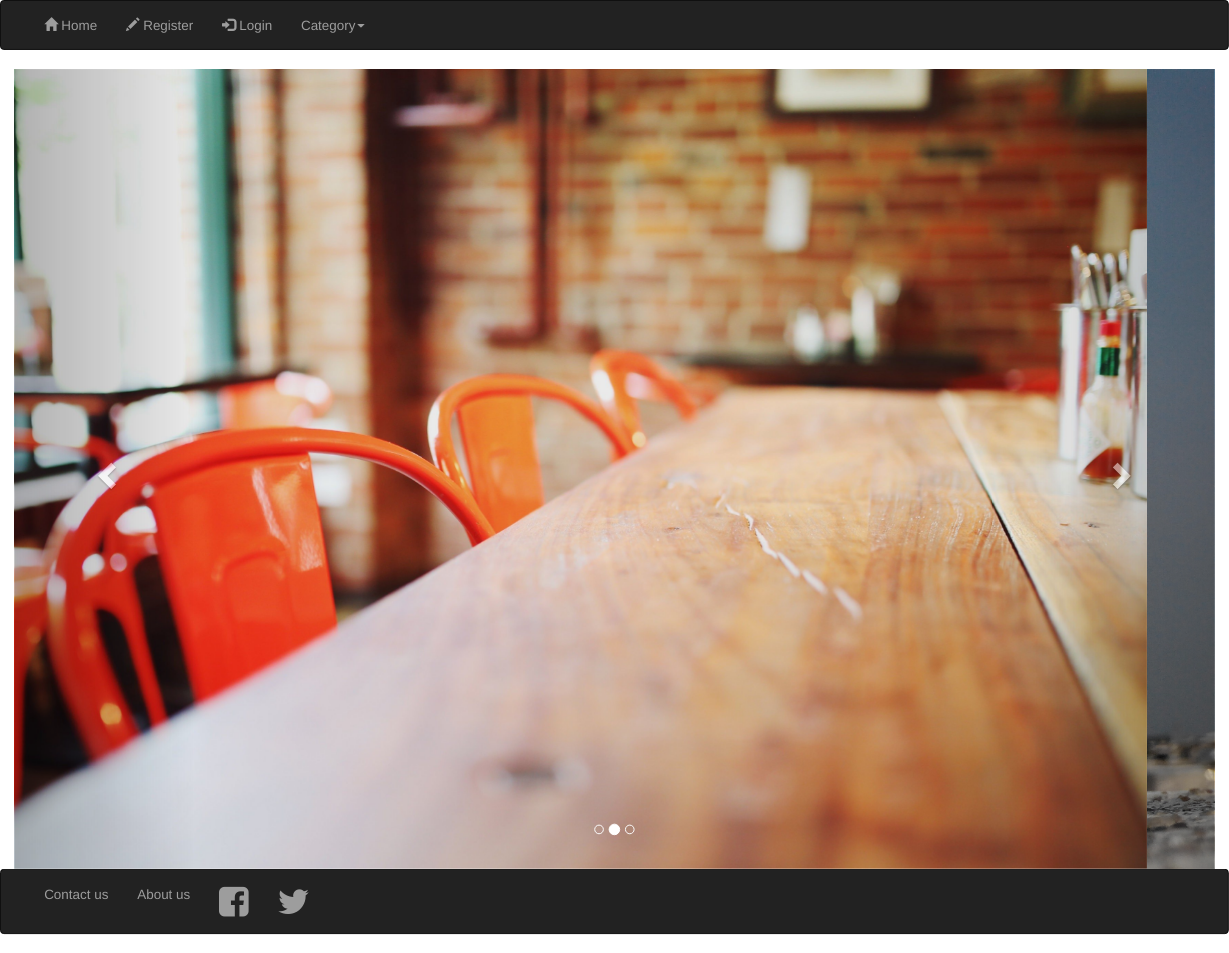
Repository: mozhulungdsuo/Task3
Page: http://localhost/DynamicWebsite/
These files come from the project's save history. The page is drawn as it stood at one moment and after the next save; the edit follows.
The browser window is 1280 px wide. The pictures show the whole page, at 96% of full size.
Some web libraries are served in a nearby version. The page is served by Tomcat 9.

Above is the page before, as saved 2018-01-11 05:19:30.

### DynamicWebsite/WebContent/index.jsp
<%@ page language="java" contentType="text/html; charset=ISO-8859-1"
    pageEncoding="ISO-8859-1"%>
<!DOCTYPE html PUBLIC "-//W3C//DTD HTML 4.01 Transitional//EN" "http://www.w3.org/TR/html4/loose.dtd">
<html>
<head>
<meta http-equiv="Content-Type" content="text/html; charset=ISO-8859-1">
<title>Web Page</title>
<meta name="viewport" content="width=device-width, initial-scale=1">
  <link rel="stylesheet" href="https://maxcdn.bootstrapcdn.com/bootstrap/3.3.7/css/bootstrap.min.css">
  <link rel="stylesheet" href="https://cdnjs.cloudflare.com/ajax/libs/font-awesome/4.7.0/css/font-awesome.min.css">
  <script src="https://ajax.googleapis.com/ajax/libs/jquery/3.2.1/jquery.min.js"></script>
  <script src="https://maxcdn.bootstrapcdn.com/bootstrap/3.3.7/js/bootstrap.min.js"></script>
</head>
<nav class="navbar navbar-inverse">
  <div class="container-fluid">
    <div class="navbar-header">
        <button type="button" class="navbar-toggle" data-toggle="collapse" data-target="#myNavbar">
        <span class="icon-bar"></span>
        <span class="icon-bar"></span>
        <span class="icon-bar"></span>
      </button>
      </div>
      <div class="collapse navbar-collapse" id="myNavbar">
  <ul class="nav navbar-nav">
   <li><a href="#"><span class="glyphicon glyphicon-home"></span> Home</a></li>
   <li><a href="#"><span class="glyphicon glyphicon-pencil"></span> Register</a></li>
   <li><a href="#"><span class="glyphicon glyphicon-log-in"></span> Login</a></li>
   <li class="dropdown"><a class="dropdown-toggle" data-toggle="dropdown" href="#">Category<span class="caret"></span></a>
        <ul class="dropdown-menu">
          <li><a href="#">Jeans</a></li>
          <li><a href="#">Shirts</a></li>
          <li><a href="#">Shoes</a></li>
        </ul>
        </li>
    </ul>
    </div>
    </div>
    </nav>

      <div class="container-fluid">
      <div id="myCarousel" class="carousel slide " data-ride="carousel">
  <!-- Indicators -->
  <ol class="carousel-indicators">
    <li data-target="#myCarousel" data-slide-to="0" class="active"></li>
    <li data-target="#myCarousel" data-slide-to="1"></li>
    <li data-target="#myCarousel" data-slide-to="2"></li>
  </ol>

  <!-- Wrapper for slides -->
  <div class="carousel-inner">
    <div class="item active">
      <img src="1.jpg"  style="height:100%;" alt="Image not found">
    </div>

    <div class="item">
      <img src="2.jpg" alt="Image not found">
    </div>

    <div class="item">
      <img src="3.jpg" alt="Image not found">
    </div>
  </div>

  <!-- Left and right controls -->
  <a class="left carousel-control" href="#myCarousel" data-slide="prev">
    <span class="glyphicon glyphicon-chevron-left"></span>
    <span class="sr-only">Previous</span>
  </a>
  <a class="right carousel-control" href="#myCarousel" data-slide="next">
    <span class="glyphicon glyphicon-chevron-right"></span>
    <span class="sr-only">Next</span>
  </a>
</div>
</div>




    <nav class="navbar navbar-inverse">
    <div class="container-fluid">
       <button type="button" class="navbar-toggle" data-toggle="collapse" data-target="#myNew">
        <span class="icon-bar"></span>
        <span class="icon-bar"></span>
        <span class="icon-bar"></span>
      </button>
      <div class="collapse navbar-collapse" id="myNew">
    <ul class="nav navbar-nav">
     <li><a href="#">Contact us</a></li>
      <li><a href="#">About us</a></li>
      <li><a href="#"><i class="fa fa-facebook-square" style="font-size:36px"></i></a></li>
      <li><a href="#"><i class="fa fa-twitter" style="font-size:36px"></i></a></li>

  </ul>
  </div>
       </div>
      </nav>

<body>

</body>
</html>

After the next save:
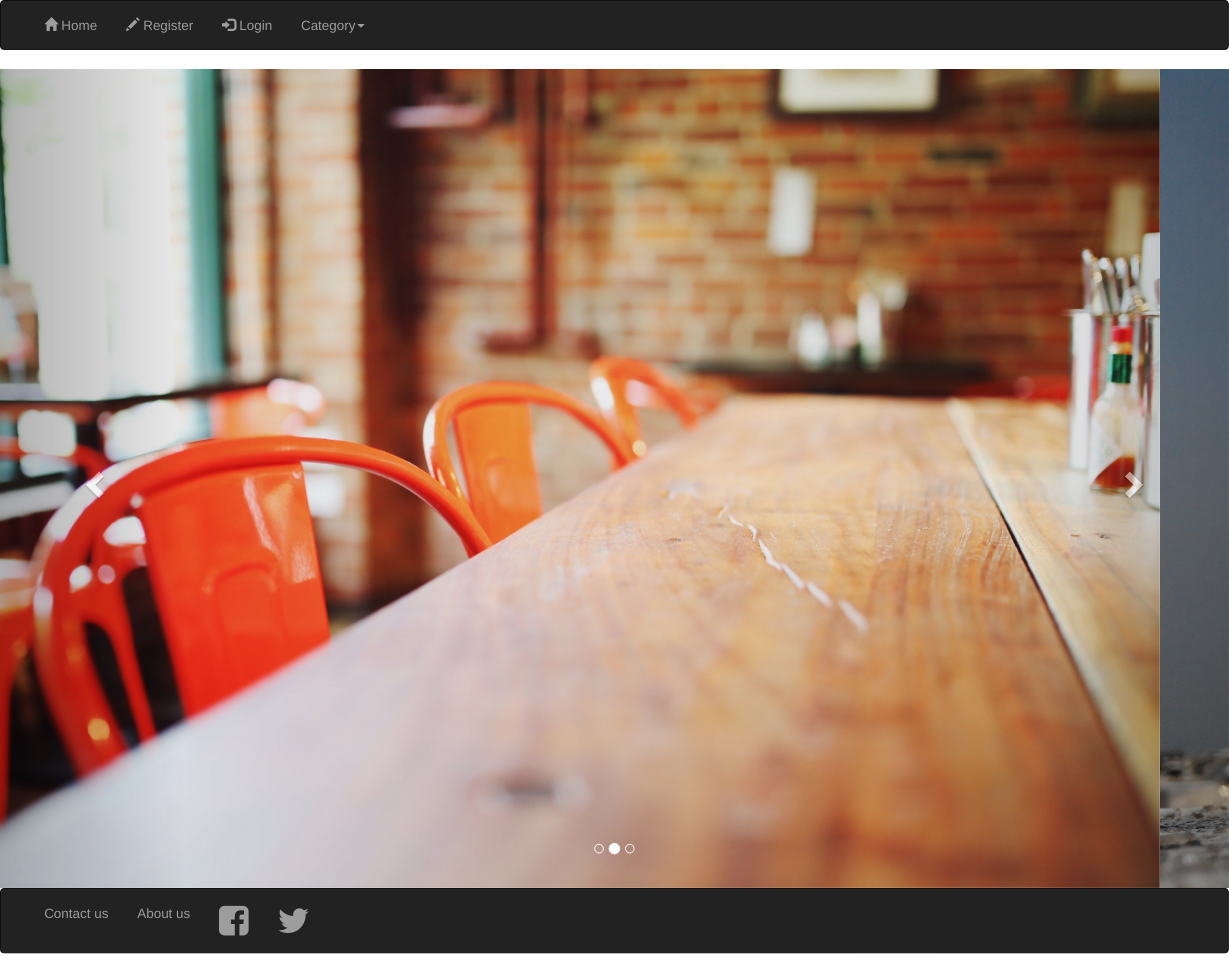
Saved 7 min 34 s later.
--- a/DynamicWebsite/WebContent/index.jsp
+++ b/DynamicWebsite/WebContent/index.jsp
@@ -37,7 +37,7 @@
     </div>
     </nav>
 
-      <div class="container-fluid">
+
       <div id="myCarousel" class="carousel slide " data-ride="carousel">
   <!-- Indicators -->
   <ol class="carousel-indicators">
@@ -71,7 +71,7 @@
     <span class="sr-only">Next</span>
   </a>
 </div>
-</div>
+
 
 
 
